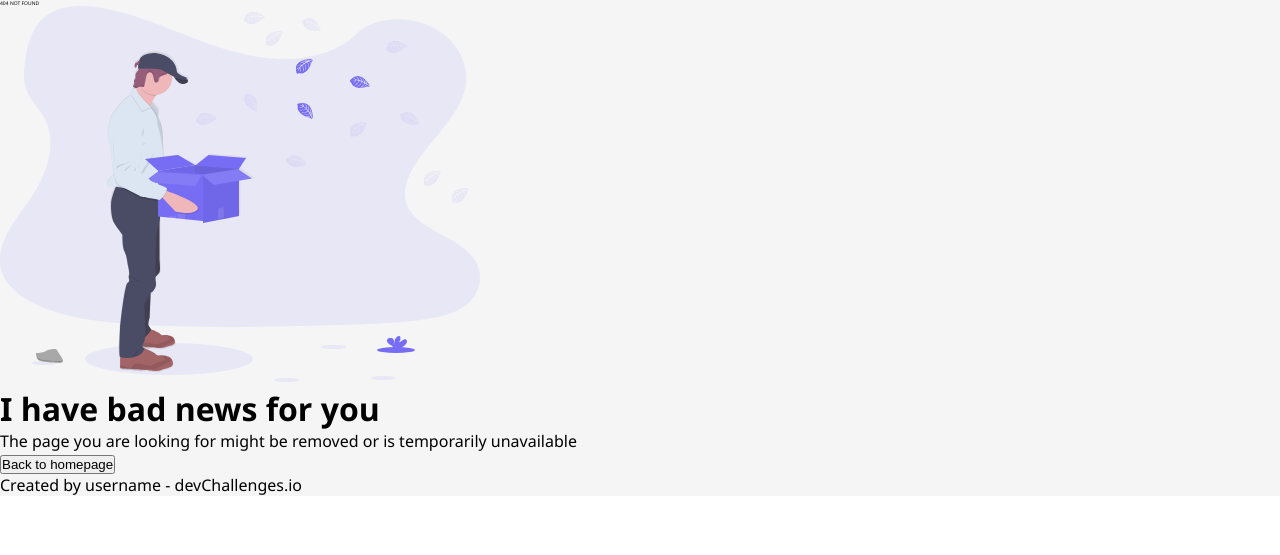
Repository: georgisenze/404-not-found-challeng
Page: index.html
These files come from the project's save history. The page is drawn as it stood at one moment and after a run of saves; the edit follows.
The browser window is 1280 px wide. The pictures show the whole page.

Above is the page before, as saved 2023-02-14 07:22:55.

After the next 2 saves:
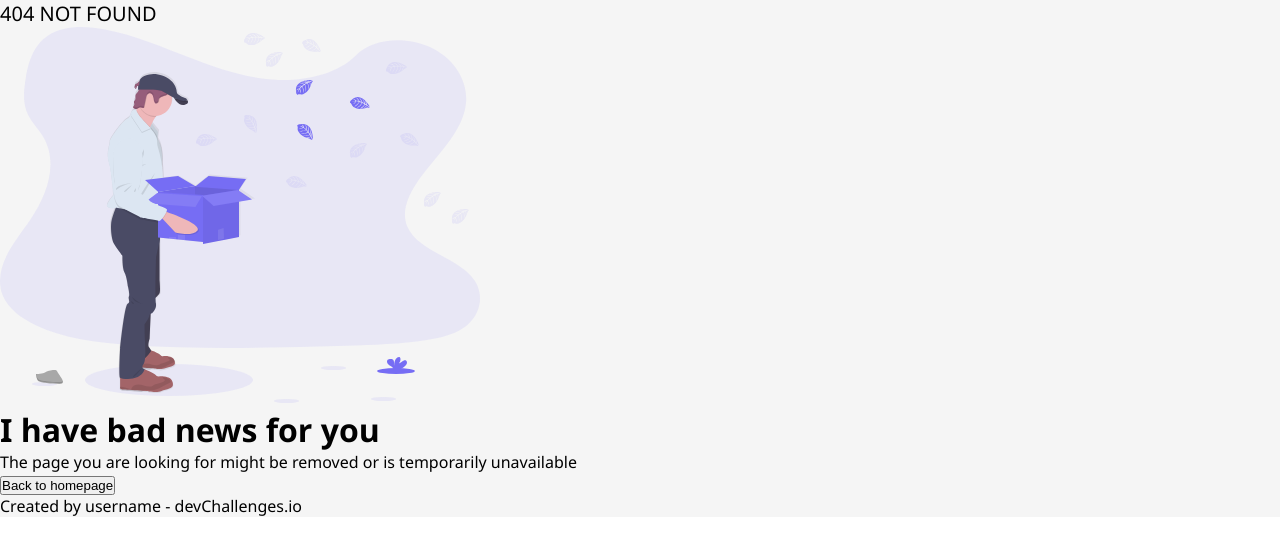
The 2 saves are shown as one change because they came seconds apart.
The last was saved 9 s later.
--- a/assets/css/style.css
+++ b/assets/css/style.css
@@ -14,5 +14,5 @@ body{
 header p {
     text-transform: uppercase;
     font-weight: 800px;
-    font-size: 5px;
+    font-size: 20px;
 }
